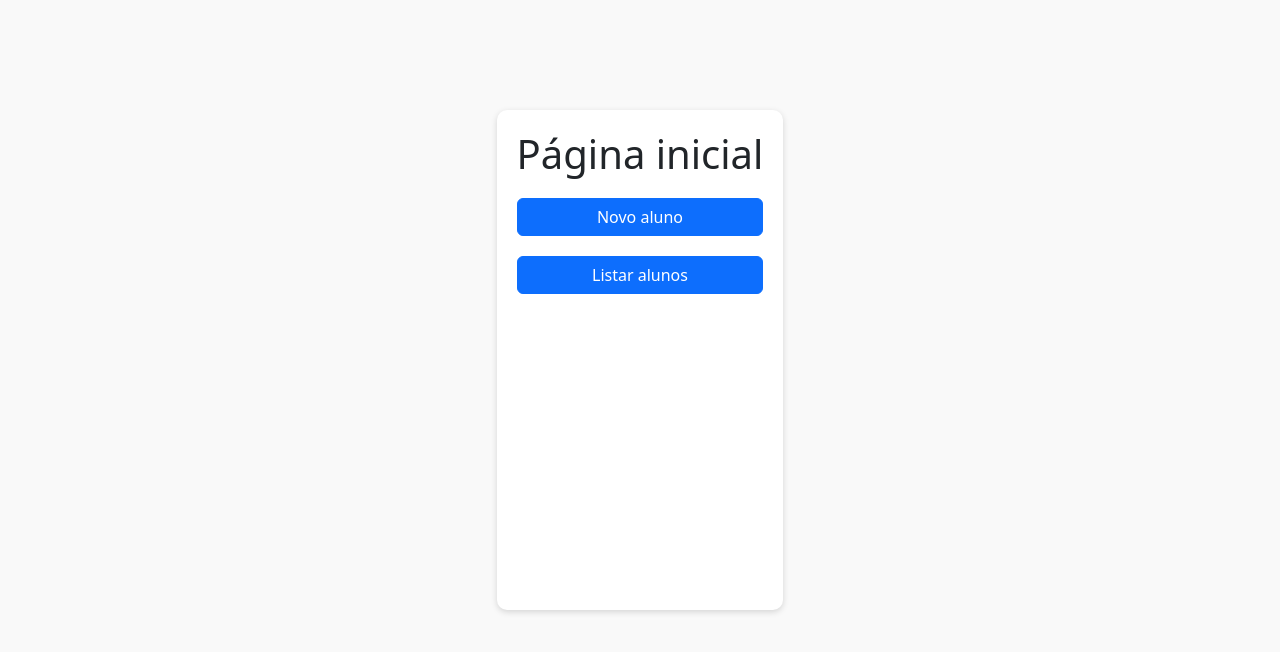
Repository: juliatbarbosa/CRUD-ALUNOS
Page: http://localhost/OlaMundo/alunos/cadastro/index.jsp
These files come from the project's save history. The page is drawn as it stood at one moment and after the next save; the edit follows.
The browser window is 1280 px wide. The pictures show the whole page.
The page is served by Tomcat 9.

Above is the page before, as saved 2024-09-29 21:16:57.

After the next save:
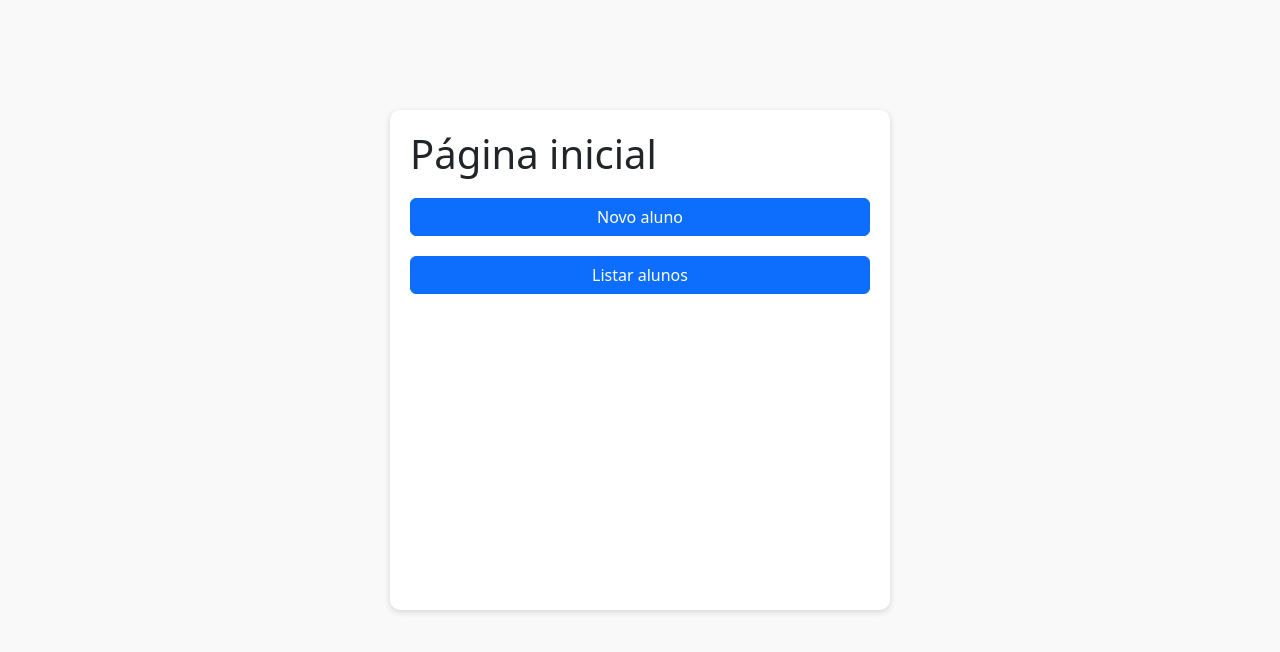
Saved 5 s later.
--- a/OlaMundo/src/main/webapp/alunos/cadastro/index.jsp
+++ b/OlaMundo/src/main/webapp/alunos/cadastro/index.jsp
@@ -26,7 +26,7 @@ body {
 	border-radius: 10px;
 	box-shadow: 0 2px 6px 0px rgba(0, 0, 0, 0.15);
 	height: 500px;
-
+	width: 500px
 	}
 
 	h1 {
